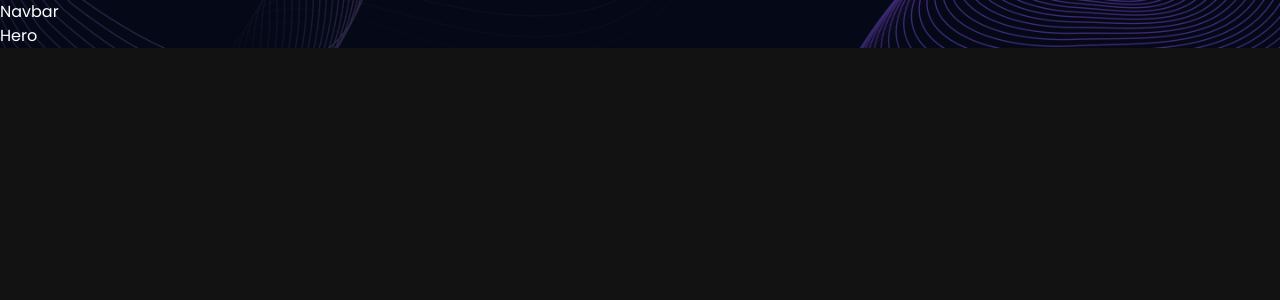
Repository: huiyyee/3d_portfolio
Page: /
An editor plug-in stored every save of this project. The page is shown before and after a run of saves, followed by the edit.
The browser window is 1280 px wide. The pictures show the whole page.
The project was rebuilt for these pictures with package versions that can differ from the ones it lists, and the page was loaded fresh each time. Also part of the build but not shown: vite.config.js, src/components/canvas/Earth.jsx, src/components/canvas/Ball.jsx, src/components/canvas/Computers.jsx, src/components/canvas/Stars.jsx, src/components/Feedbacks.jsx, src/components/Contact.jsx.

Above is the page before, as saved 2024-09-26 17:05:11.

### src/App.jsx
import { BrowserRouter } from "react-router-dom" //used for routing
import { About, Contact, Experience, Feedbacks,
  Hero, Navbar, Tech, Works, StarsCanvas } from './components';

const App = () => {
  return (
    <BrowserRouter>
      <div className="relative z-0 bg-primary">
        <div className="bg-hero-pattern bg-cover bg-no-repeat bg-center">
          <Navbar/>
          <Hero/>
        </div>

      </div>
    </BrowserRouter>

  )
}

export default App

Loaded but not shown: index.html (common file); src/main.jsx (common file); src/index.css (common file); src/components/index.js (common file); src/components/canvas/index.js (common file); src/components/Hero.jsx (common file); src/components/Navbar.jsx (common file); tailwind.config.js (common file); src/components/About.jsx (common file); src/components/Tech.jsx (common file); src/components/Experience.jsx (common file); src/components/Works.jsx (common file)

After the next 3 saves:
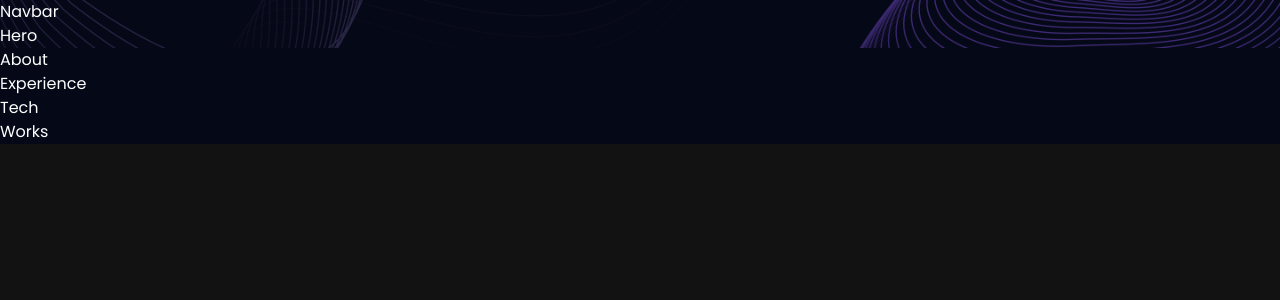
The 3 saves are shown as one change because they came seconds apart.
The last was saved 15 s later.
--- a/src/App.jsx
+++ b/src/App.jsx
@@ -10,7 +10,10 @@
           <Navbar/>
           <Hero/>
         </div>
-
+        <About/>
+        <Experience/>
+        <Tech/>
+        <Works/>
       </div>
     </BrowserRouter>
 
